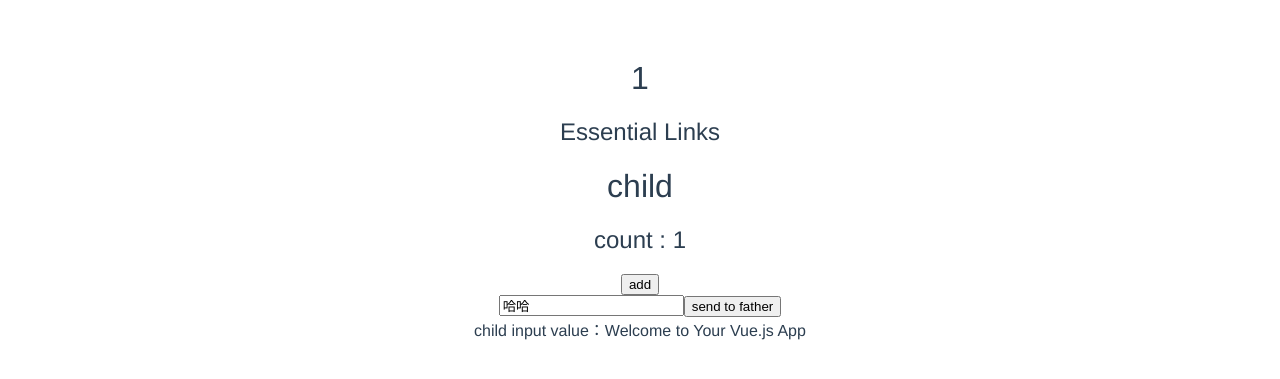
Repository: NotTooTwo/vueRouter
Page: /#/
The author's editor kept a copy of each file at every save. The page is drawn from the files as they stood at one save, then again after the next save.
The browser window is 1280 px wide. The pictures show the whole page.
The project was rebuilt for these pictures with package versions that can differ from the ones it lists, and the page was loaded fresh each time.

Above is the page before, as saved 2018-03-13 10:35:37.

After the next save:
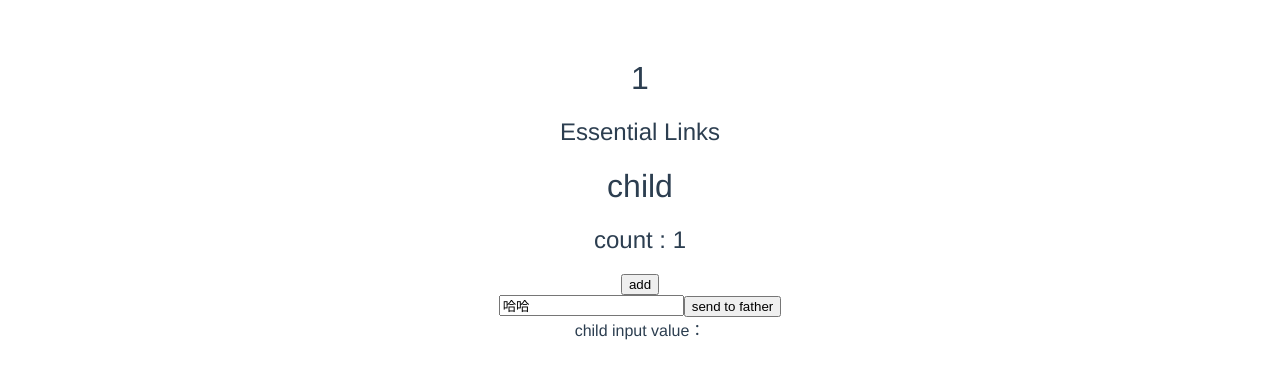
Saved 8 s later.
--- a/src/components/HelloWorld.vue
+++ b/src/components/HelloWorld.vue
@@ -14,7 +14,7 @@ export default {
   name: 'HelloWorld',
   data () {
     return {
-      msg: 'Welcome to Your Vue.js App',
+      msg: '',
       childNum:1
     }
   },
